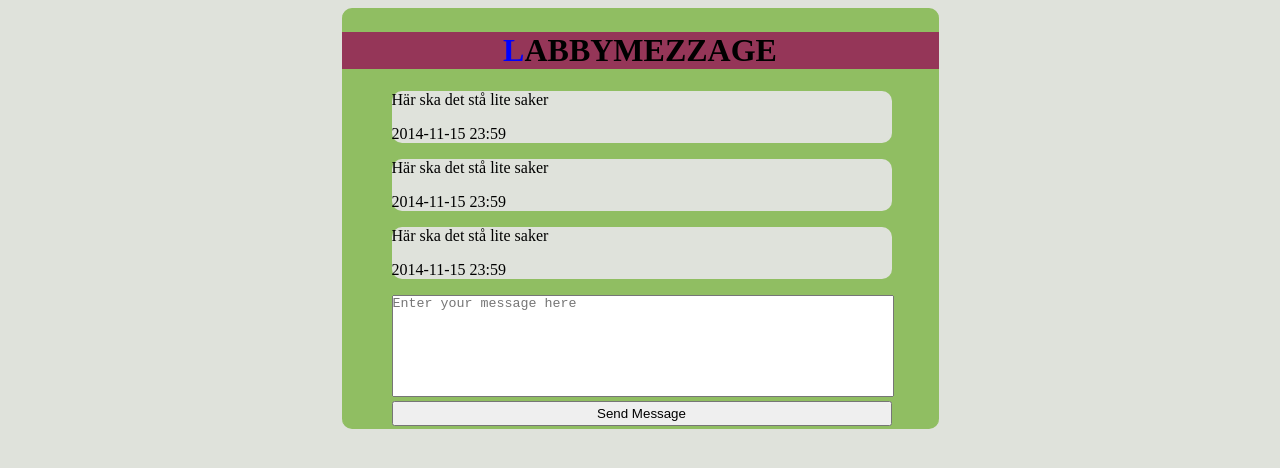
Repository: vr222bt/1dv403-laborationer
Page: 2-labbymezzage/index.html
The author's editor kept a record of every edit. The page is drawn from the files as they stood at one moment, then again after the next edit.
The browser window is 1280 px wide. The pictures show the whole page.

Above is the page before.

After the next edit:
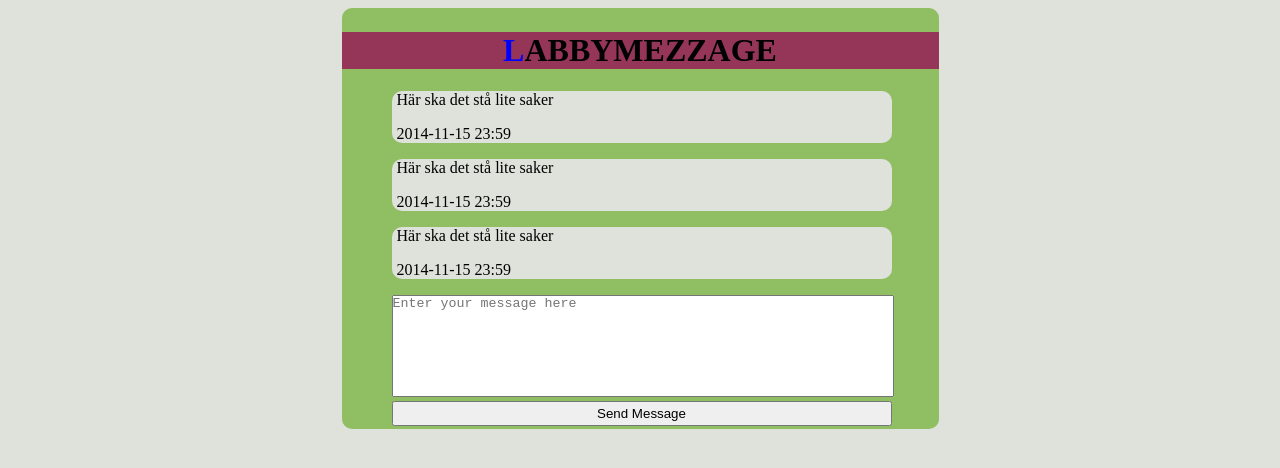
The edit:
--- a/2-labbymezzage/style.css
+++ b/2-labbymezzage/style.css
@@ -59,7 +59,7 @@
         background-color: #DFE2DB ;
     }
 
-#message p
+.message p
     {
         padding-left: 5px;
     }
